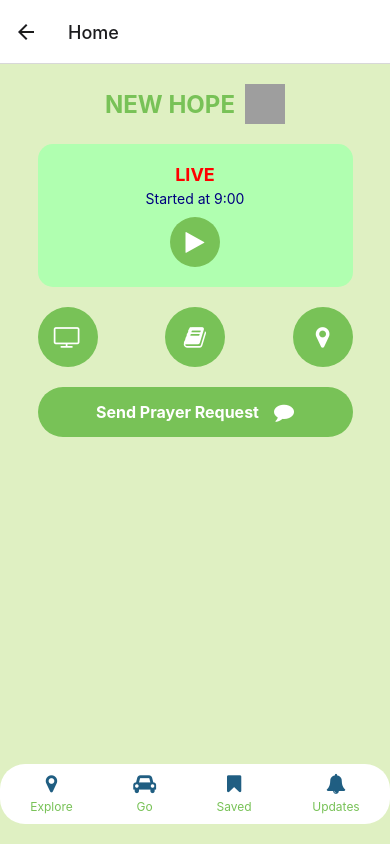
Repository: AbrahamM007/NewHopeChurchApp
Screen: /Home
These files come from the project's save history. The screen is drawn as it stood at one moment and after the next save; the edit follows.
Pictures or frames that could not be fetched are drawn as grey boxes. The app was drawn by React Native's web renderer in a window 390 px wide. The project was rebuilt for these pictures with package versions that can differ from the ones it lists, and the page was loaded fresh each time. Some packages were replaced by stand-ins written for this rebuild. Also part of the build but not shown: screens/SignUpScreen.js.

Above is the screen before, as saved 2024-10-21 16:37:40.

### App.js
// App.js
import 'react-native-gesture-handler';
import React from 'react';
import { NavigationContainer } from '@react-navigation/native';
import { createStackNavigator } from '@react-navigation/stack';
import LoginScreen from './screens/LoginScreen';
import SignUpScreen from './screens/SignUpScreen';
import HomeScreen from './screens/HomeScreen';

const Stack = createStackNavigator();

function App() {
  return (
    <NavigationContainer>
      <Stack.Navigator initialRouteName="Login">
        <Stack.Screen name="Login" component={LoginScreen} />
        <Stack.Screen name="SignUp" component={SignUpScreen} />
        <Stack.Screen name="Home" component={HomeScreen} />
      </Stack.Navigator>
    </NavigationContainer>
  );
}

export default App;

### screens/LoginScreen.js
// screens/LoginScreen.js
import React, { useState } from 'react';
import { View, Text, TextInput, TouchableOpacity, StyleSheet, Alert } from 'react-native';
import { useNavigation } from '@react-navigation/native'; // Import navigation hook

const LoginScreen = () => {
  const [email, setEmail] = useState('');
  const [password, setPassword] = useState('');
  const navigation = useNavigation(); // Use the navigation hook

  // Function to handle login
  const handleLogin = () => {
    fetch('http://localhost:3000/api/login', {
      method: 'POST',
      headers: { 'Content-Type': 'application/json' },
      body: JSON.stringify({ email, password }),
    })
      .then((response) => response.json())
      .then((data) => {
        if (data.message === 'Login successful') {
          Alert.alert('Login successful');
          // Navigate to the Home screen
          navigation.navigate('Home');
        } else {
          Alert.alert(data.message);
        }
      })
      .catch((error) => {
        console.error('Error:', error);
        Alert.alert('An error occurred. Please try again.');
      });
  };

  // Function to handle registration
  const handleRegister = () => {
    fetch('http://localhost:3000/api/register', {
      method: 'POST',
      headers: { 'Content-Type': 'application/json' },
      body: JSON.stringify({ email, password }),
    })
      .then((response) => response.json())
      .then((data) => {
        if (data.message === 'User registered successfully') {
          Alert.alert('Registration successful, please log in');
        } else {
          Alert.alert(data.message);
        }
      })
      .catch((error) => {
        console.error('Error:', error);
        Alert.alert('An error occurred. Please try again.');
      });
  };

  return (
    <View style={styles.container}>
      <TextInput
        style={styles.input}
        placeholder="Enter email"
        placeholderTextColor="#888"
        value={email}
        onChangeText={(text) => setEmail(text)}
      />
      <TextInput
        style={styles.input}
        placeholder="Password"
        placeholderTextColor="#888"
        secureTextEntry
        value={password}
        onChangeText={(text) => setPassword(text)}
      />
      <TouchableOpacity style={styles.loginButton} onPress={handleLogin}>
        <Text style={styles.loginButtonText}>Log In</Text>
      </TouchableOpacity>
      <TouchableOpacity style={styles.registerButton} onPress={handleRegister}>
        <Text style={styles.registerButtonText}>Don't have an account? Register</Text>
      </TouchableOpacity>
    </View>
  );
};

const styles = StyleSheet.create({
  container: {
    flex: 1,
    justifyContent: 'center',
    padding: 16,
    backgroundColor: '#dff0c2',
  },
  input: {
    borderWidth: 1,
    borderColor: '#ccc',
    borderRadius: 5,
    padding: 10,
    marginBottom: 15,
    color: '#333',
  },
  loginButton: {
    backgroundColor: '#4CAF50',
    padding: 15,
    borderRadius: 10,
    alignItems: 'center',
    marginBottom: 15,
  },
  loginButtonText: {
    color: '#fff',
    fontWeight: 'bold',
  },
  registerButton: {
    alignItems: 'center',
    marginTop: 10,
  },
  registerButtonText: {
    color: '#1e90ff',
  },
});

export default LoginScreen;

### screens/HomeScreen.js
// screens/HomeScreen.js
import React from 'react';
import { View, Text, TouchableOpacity, StyleSheet, Image } from 'react-native';
import Icon from 'react-native-vector-icons/FontAwesome'; // Import the FontAwesome icon set
import { useNavigation } from '@react-navigation/native';

const HomeScreen = () => {
  const navigation = useNavigation();

  return (
    <View style={styles.container}>
      {/* Header */}
      <View style={styles.header}>
        <Text style={styles.headerText}>NEW HOPE</Text>
        <Image
          source={{ uri: 'https://your-logo-url.com' }} // Replace with your logo URL
          style={styles.logo}
        />
      </View>

      {/* Live Stream Card */}
      <View style={styles.liveCard}>
        <Text style={styles.liveText}>LIVE</Text>
        <Text style={styles.startTimeText}>Started at 9:00</Text>
        <TouchableOpacity style={styles.playButton}>
          <Icon name="play" size={24} color="#fff" />
        </TouchableOpacity>
      </View>

      {/* Icon Buttons */}
      <View style={styles.iconButtonsContainer}>
        <TouchableOpacity style={styles.iconButton}>
          <Icon name="tv" size={24} color="#fff" />
        </TouchableOpacity>
        <TouchableOpacity style={styles.iconButton}>
          <Icon name="book" size={24} color="#fff" />
        </TouchableOpacity>
        <TouchableOpacity style={styles.iconButton}>
          <Icon name="map-marker" size={24} color="#fff" />
        </TouchableOpacity>
      </View>

      {/* Prayer Request Button */}
      <TouchableOpacity style={styles.prayerButton}>
        <Text style={styles.prayerButtonText}>Send Prayer Request</Text>
        <Icon name="comment" size={20} color="#fff" style={styles.commentIcon} />
      </TouchableOpacity>

      {/* Bottom Navigation */}
      <View style={styles.bottomNavigation}>
        <TouchableOpacity style={styles.navItem}>
          <Icon name="map-marker" size={20} color="#205E82" />
          <Text style={styles.navText}>Explore</Text>
        </TouchableOpacity>
        <TouchableOpacity style={styles.navItem}>
          <Icon name="car" size={20} color="#205E82" />
          <Text style={styles.navText}>Go</Text>
        </TouchableOpacity>
        <TouchableOpacity style={styles.navItem}>
          <Icon name="bookmark" size={20} color="#205E82" />
          <Text style={styles.navText}>Saved</Text>
        </TouchableOpacity>
        <TouchableOpacity style={styles.navItem}>
          <Icon name="bell" size={20} color="#205E82" />
          <Text style={styles.navText}>Updates</Text>
        </TouchableOpacity>
      </View>
    </View>
  );
};

const styles = StyleSheet.create({
  container: {
    flex: 1,
    backgroundColor: '#dff0c2',
    paddingHorizontal: 20,
    alignItems: 'center',
  },
  header: {
    flexDirection: 'row',
    alignItems: 'center',
    marginVertical: 20,
  },
  headerText: {
    fontSize: 24,
    fontWeight: 'bold',
    color: '#78C257',
    flex: 1,
    textAlign: 'center',
  },
  logo: {
    width: 40,
    height: 40,
    marginLeft: 10,
  },
  liveCard: {
    backgroundColor: '#B0FFB0',
    width: '90%',
    borderRadius: 15,
    padding: 20,
    marginBottom: 20,
    alignItems: 'center',
  },
  liveText: {
    color: 'red',
    fontWeight: 'bold',
    fontSize: 18,
  },
  startTimeText: {
    color: '#000080',
    marginTop: 5,
  },
  playButton: {
    marginTop: 10,
    backgroundColor: '#78C257',
    borderRadius: 25,
    width: 50,
    height: 50,
    alignItems: 'center',
    justifyContent: 'center',
  },
  iconButtonsContainer: {
    flexDirection: 'row',
    justifyContent: 'space-between',
    width: '90%',
    marginBottom: 20,
  },
  iconButton: {
    backgroundColor: '#78C257',
    borderRadius: 50,
    width: 60,
    height: 60,
    alignItems: 'center',
    justifyContent: 'center',
  },
  prayerButton: {
    backgroundColor: '#78C257',
    padding: 15,
    borderRadius: 25,
    marginBottom: 20,
    width: '90%',
    alignItems: 'center',
    flexDirection: 'row',
    justifyContent: 'center',
  },
  prayerButtonText: {
    color: '#fff',
    fontSize: 16,
    fontWeight: 'bold',
    marginRight: 10,
  },
  commentIcon: {
    marginLeft: 5,
  },
  bottomNavigation: {
    flexDirection: 'row',
    justifyContent: 'space-around',
    backgroundColor: '#fff',
    borderRadius: 25,
    width: '100%',
    paddingVertical: 10,
    position: 'absolute',
    bottom: 20,
  },
  navItem: {
    alignItems: 'center',
  },
  navText: {
    fontSize: 12,
    color: '#78C257',
    marginTop: 5,
  },
});

export default HomeScreen;

Loaded but not shown: index.js (common file)

After the next save:
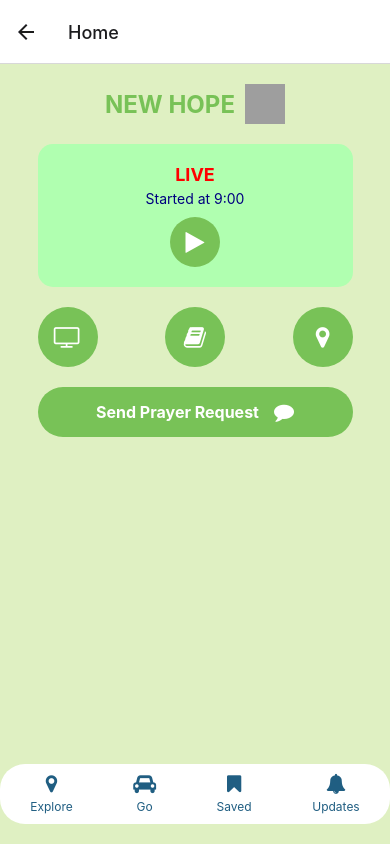
Saved 38 s later.
--- a/screens/HomeScreen.js
+++ b/screens/HomeScreen.js
@@ -167,7 +167,7 @@ const styles = StyleSheet.create({
   },
   navText: {
     fontSize: 12,
-    color: '#78C257',
+    color: '#205E82',
     marginTop: 5,
   },
 });
